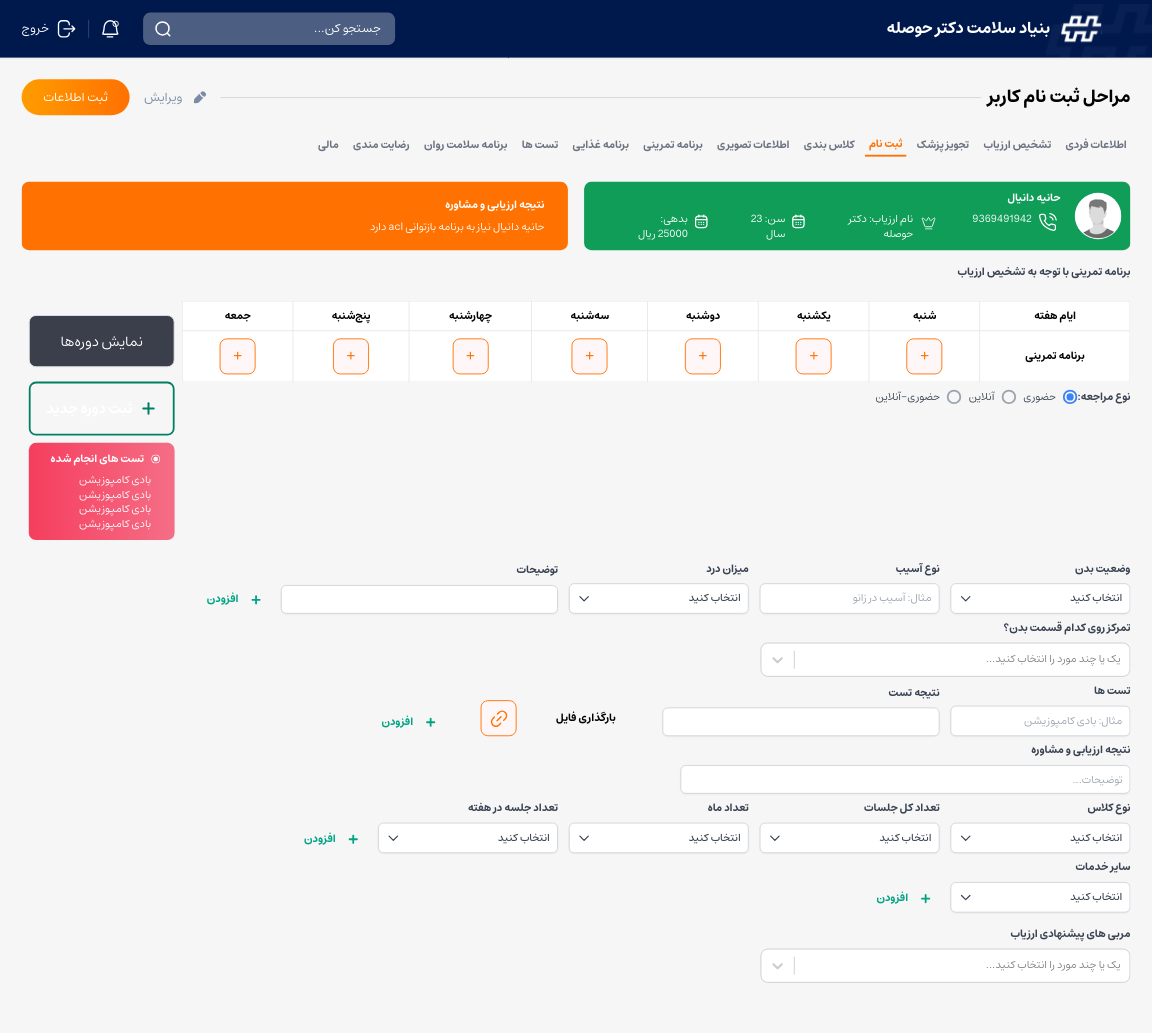
Repository: mirnajafi/ERP_hoseleh_V1.0
Page: /register, after clicking the first element matching `div.flex > :nth-child(4)`
An editor plug-in stored every save of this project. The page is shown before and after the next save, followed by the edit.
The browser window is 1280 px wide. The pictures show the whole page, at 90% of full size.
Some web fonts or font styles are not loaded; a fallback is used. The project was rebuilt for these pictures with package versions that can differ from the ones it lists, and the page was loaded fresh each time. The framework's server and built-in components were replaced by stand-ins that run in the browser. Also part of the build but not shown: next.config.mjs, src/components/icons/trash.tsx, src/components/weekTable/weekTable.css, src/components/icons/copy.tsx, src/components/recognitionEvaluator/recognitionEvaluator.tsx.

Above is the page before, as saved 2025-02-28 23:44:29.

### src/app/layout.tsx
/* eslint-disable @next/next/no-img-element */
import type { Metadata } from "next";
import Header from "@/components/layout/Header";
import "@/app/globals.css";


export const metadata: Metadata = {
  title: "دکتر حوصله",
  description: "بنیاد سلامت دکتر حوصله",
};

export default function RootLayout({ children }: { children: React.ReactNode }) {
  return (
    <html lang="fa" dir="rtl">
      <body className="bg-dashboard-bg min-h-screen">
        {/* Header includes SidebarToggle, so no need to add Sidebar separately */}
        <Header />
        {/* Main Content Area */}
        <main className="transition-all duration-300 mt-16 p-6">
          {children}
        </main>

      </body>
    </html>
  );
}

### src/app/globals.css
@tailwind base;
@tailwind components;
@tailwind utilities;

@font-face {
  font-family: 'Estedad';
  src: url('/fonts/Estedad-Regular.woff2') format('woff2');
  font-weight: normal;
  font-style: normal;
  font-display: swap;
}

@font-face {
  font-family: 'Estedad';
  src: url('/fonts/Estedad-Bold.woff2') format('woff2');
  font-weight: bold;
  font-style: normal;
  font-display: swap;
}

@font-face {
  font-family: 'Estedad';
  src: url('/fonts/Estedad-Medium.woff2') format('woff2');
  font-weight: 500;
  font-style: normal;
  font-display: swap;
}

@font-face {
  font-family: 'Estedad';
  src: url('/fonts/Light.woff2') format('woff2');
  font-weight: 400;
  font-style: normal;
  font-display: swap;
}

@layer base {
  html {
    font-family: 'Estedad'
  }
}

### src/components/formTab/formTab.tsx
import { useState } from "react";

interface Tab {
  label: string;
  content: React.ReactNode;
}

interface TabsProps {
  tabs: Tab[];
  defaultIndex?: number;
}

const Tabs: React.FC<TabsProps> = ({ tabs, defaultIndex = 0 }) => {
  const [activeIndex, setActiveIndex] = useState(defaultIndex);

  return (
    <div className="w-full overflow-hidden">
      <div className="flex py-3 overflow-x-auto whitespace-nowrap">
        {tabs.map((tab, index) => (
          <button
            key={index}
            className={`ml-2 p-1 text-nowrap text-xs font-bold text-sm focus:outline-none ${activeIndex === index
                ? "border-b-2 border-[#FF7101] text-[#FF7101]"
                : "text-gray-500 hover:text-[#FF7101]"
              }`}
            onClick={() => setActiveIndex(index)}
          >
            {tab.label}
          </button>
        ))}
      </div>

      <div className="py-4">{tabs[activeIndex].content}</div>
    </div>
  );
};

export default Tabs;

### src/components/registration/registration.tsx
import Select from "react-select/base";
import WeekTable from "../weekTable/weekTable";
import TransparentBtn from "../transparentBtn/transparentBtn";
import Dropdown from "../dropdown/dropdown";
import InputDescription from "../inputDescription/inputDescription";
import FileUploader from "../fileUploader/fileUploader";
import Input from "../input/input";
import InformationUserBox from "../informationUserBox/informationUserBox";
import { useState } from "react";
import ResultBox from "../resultBox/resultBox";
import PlusIcon from "../icons/plus";
import LeftSideBox from "../leftSideBox/leftSideBox";
import RadioButton from "../radioBtn/radioBtn";

const Registration = () => {

    const [selectedOptions, setSelectedOptions] = useState([]);


    const handleSelect = (option: string) => {
        console.log("انتخاب شده:", option);
    };
    const handleFileUpload = (files: File[]) => {
        console.log("فایل‌های آپلود شده:", files);
    };

    const [selected, setSelected] = useState<string>("option1");


    const [selectedDay, setSelectedDay] = useState<string>("");

    const handleDaySelect = (day: string) => {
        setSelectedDay(day);
    };

    return (
        <div>
            <div className="w-full flex flex-row">
                <InformationUserBox name="حانیه دانیال" age="23" phoneNumber={'9369491942'} evaluator="دکتر حوصله" debt="25000" imageSrc="/images/defaultUser.png" className="w-1/2 lg:ml-2" />
                <ResultBox resultText={"حانیه دانیال نیاز به برنامه بازتوانی acl دارد"} className="w-1/2 lg:mr-2" />
            </div>



            <div className="flex flex-row  my-4 items-center">
                <label className="mb-2 text-xs font-bold text-gray-700 ml-2">برنامه تمرینی با توجه به تشخیص ارزیاب</label>

            </div>

            <div className="w-full flex flex-row">

                <div className="w-full flex flex-col">
                    <WeekTable
                        apiUrl="https://api.majidvalizadeh.com/jalali/next7"
                        selectedDay={selectedDay}
                        onDaySelect={handleDaySelect}
                    />
                    <div className="flex flex-row">
                        <label className="my-2 text-xs font-bold text-gray-700">نوع مراجعه:</label>
                        <RadioButton
                            label="حضوری"
                            name="options"
                            value="option1"
                            checked={selected === "option1"}
                            onChange={setSelected}
                        />
                        <RadioButton
                            label="آنلاین"
                            name="options"
                            value="option2"
                            checked={selected === "option2"}
                            onChange={setSelected}
                        />
                        <RadioButton
                            label="حضوری-آنلاین"
                            name="options"
                            value="option3"
                            checked={selected === "option3"}
                            onChange={setSelected}
                        />
                    </div>
                </div>

                <div className="w-1/6 p-2 flex flex-col">
                    <button className="bg-[#3B3E4B] text-white p-4 w-full border rounded-[8px] my-2">نمایش دوره‌ها</button>
                    <button className="bg-transparent text-[#007F63] text-white p-4 w-full border-2 border-[#007F63] rounded-[8px] flex items-center justify-center font-bold my-2"><PlusIcon width={20} height={20} /> ثبت دوره جدید</button>
                    <LeftSideBox title={"تست های انجام شده"} test1={"بادی کامپوزیشن"} />
                </div>
            </div>

            <div className="w-full xl:py-2 my-0  flex flex-col xl:flex-row xl:justify-start xl:items-end">

                <Dropdown
                    label="وضعیت بدن"
                    options={["ندارد", "دچار آسیب"]}
                    onSelect={handleSelect}
                />
                <Input
                    label="نوع آسیب"
                    type="text"
                    value={''}
                    onChange={() => { }}
                    placeholder="مثال: آسیب در زانو "
                />
                <Dropdown
                    label="میزان درد"
                    options={["1", "2"]}
                    onSelect={handleSelect}
                />
                <InputDescription
                    label="توضیحات"
                    value={''}
                    placeholder=""
                    className="xl:w-1/4 max-w-[500px]"
                />
                <TransparentBtn label='افزودن' />

            </div>
            <div className="flex flex-col  w-ful xl:w-1/3">
                <label className="mb-2 text-xs font-bold text-gray-700">تمرکز روی کدام قسمت بدن؟</label>
                <Select
                    isMulti
                    options={[
                        { value: "apple", label: "سیب" },
                        { value: "banana", label: "موز" },
                        { value: "orange", label: "پرتقال" },
                        { value: "grape", label: "انگور" },
                        { value: "watermelon", label: "هندوانه" },
                    ]}
                    value={selectedOptions}
                    onChange={setSelectedOptions}
                    placeholder="یک یا چند مورد را انتخاب کنید..."
                    noOptionsMessage={() => "موردی یافت نشد"}
                    isClearable
                    isSearchable
                    className="text-xs "
                    styles={{
                        control: (base) => ({
                            ...base,
                            borderRadius: "8px",
                            borderColor: "#ccc",
                            boxShadow: "none",
                            "&:hover": { borderColor: "#888" },
                        }),
                    }}
                />
            </div>
            <div className="flex flex-col xl:flex-row w-full xl:items-end xl:justify-right ">
                <Input
                    label="تست ها"
                    type="text"
                    value={''}
                    onChange={() => { }}
                    placeholder="مثال: بادی کامپوزیشن "
                />
                <InputDescription
                    label="نتیجه تست"
                    value={''}
                    placeholder=""
                    className="xl:w-1/4 max-w-[500px]"
                />

                <FileUploader onFileUpload={handleFileUpload} accept="image/*" multiple />
                <TransparentBtn label='افزودن' />
            </div>
            <div className="flex flex-col xl:flex-row w-full xl:items-end xl:justify-right ">

                <InputDescription
                    label="نتیجه ارزیابی و مشاوره"
                    value={''}
                    placeholder="توضیحات..."
                    className="xl:w-1/2 max-w-[500px]"
                    height="h-24"
                />

            </div>

            <div className="flex flex-col xl:flex-row w-full xl:items-end xl:justify-right ">
                <Dropdown
                    label="نوع کلاس"
                    options={["گزینه 1", "گزینه 2", "گزینه 3"]}
                    onSelect={handleSelect}
                />
                <Dropdown
                    label="تعداد کل جلسات"
                    options={["گزینه 1", "گزینه 2", "گزینه 3"]}
                    onSelect={handleSelect}
                />
                <Dropdown
                    label="تعداد ماه"
                    options={["گزینه 1", "گزینه 2", "گزینه 3"]}
                    onSelect={handleSelect}
                />
                <Dropdown
                    label="تعداد جلسه در هفته"
                    options={["گزینه 1", "گزینه 2", "گزینه 3"]}
                    onSelect={handleSelect}
                />
                <TransparentBtn label='افزودن' />

            </div>
            <div className="flex flex-col xl:flex-row w-full xl:items-end xl:justify-right ">
                <Dropdown
                    label="سایر خدمات"
                    options={["گزینه 1", "گزینه 2", "گزینه 3"]}
                    onSelect={handleSelect}
                />
                <TransparentBtn label='افزودن' />

            </div>
            <div className="flex flex-col  w-ful xl:w-1/3 my-4">
                <label className="mb-2 text-xs font-bold text-gray-700">مربی های پیشنهادی ارزیاب</label>
                <Select
                    isMulti
                    options={[
                        { value: "apple", label: "سیب" },
                        { value: "banana", label: "موز" },
                        { value: "orange", label: "پرتقال" },
                        { value: "grape", label: "انگور" },
                        { value: "watermelon", label: "هندوانه" },
                    ]}
                    value={selectedOptions}
                    onChange={setSelectedOptions}
                    placeholder="یک یا چند مورد را انتخاب کنید..."
                    noOptionsMessage={() => "موردی یافت نشد"}
                    isClearable
                    isSearchable
                    className="text-xs "
                    styles={{
                        control: (base) => ({
                            ...base,
                            borderRadius: "8px",
                            borderColor: "#ccc",
                            boxShadow: "none",
                            "&:hover": { borderColor: "#888" },
                        }),
                    }}
                />
            </div>


        </div>
    )

}
export default Registration;

### src/components/SearchInput/SearchInput.tsx
/* eslint-disable @next/next/no-img-element */
"use client";

interface SearchInputProps {
  placeholder?: string;
  className?: string;
}

export default function SearchInput({ placeholder = "جستجو کن...", className = "" }: SearchInputProps) {
  return (
    <div className="relative w-[280px]">
      <input
        type="text"
        placeholder={placeholder}
        className={`w-full h-9 bg-white bg-opacity-30 rounded-lg px-4 text-white placeholder:text-white text-sm focus:outline-none ${className}`}
      />
      <img
        src="/icons/left-icon.svg"
        alt="search"
        className="absolute left-2 top-1/2 -translate-y-1/2 w-7 h-7 brightness-0 invert"
      />
    </div>
  );
}

### src/components/formHeader/formHeader.css
.customeGradient{
    background: linear-gradient(270deg, #FF7101 0%, #FF9C00 100%);
    color: white;
    border-radius: 50px;
    padding:  10px 24px;
}

### src/components/transparentBtn/transparentBtn.tsx
'use client'; // اضافه کردن این خط برای فعال کردن کامپوننت در Client-side

import React from "react";

interface BtnProps {
    label: string;
}

const TransparentBtn: React.FC<BtnProps> = ({ label }) => {

    return (
        <div className="w-250px text-[#01A384] h-full flex xl:items-center xl:justify-center">
            <button className="flex flex-row p-2  h-full flex items-center justify-center font-bold text-xs
">
                <svg width="15" height="15" viewBox="0 0 14 15" fill="none" xmlns="http://www.w3.org/2000/svg" className="ml-3">
                    <path d="M7 3.41666V11.5833" stroke="#01A384" stroke-width="2" stroke-linecap="round" stroke-linejoin="round" />
                    <path d="M2.91602 7.5H11.0827" stroke="#01A384" stroke-width="2" stroke-linecap="round" stroke-linejoin="round" />
                </svg>
                {label}
            </button>
        </div>
    );
};

export default TransparentBtn;

### src/components/inputDescription/inputDescription.tsx
'use client';  // اضافه کردن این خط برای فعال کردن کامپوننت در Client-side

import React from "react";

interface InputProps {
  label: string;
  value: string;
  placeholder?: string;
  required?: boolean;
  className?: string;
  height?:string;
}

const InputDescription: React.FC<InputProps> = ({
  label,
  value,
  placeholder,
  required = false,
  className = "",
  height
}) => {
  return (
    <div className={`w-full xl:w-1/2 ml-3 max-w-[500px] ${className}`}>
      <label className="block text-xs text-gray-700 mb-2 mt-4 xl:my-2 font-bold font-bold">{label}</label>

      <textarea
        value={value}
        placeholder={placeholder}
        required={required}
        className={`block w-full h-8 ${height} p-2 resize-none max-w-200 overflow-hidden text-xs border border-gray-300 rounded-md shadow-sm focus:outline-none focus:ring-2 focus:ring-indigo-500 focus:border-indigo-500`}
      />
    </div>
  );
};

export default InputDescription;

### src/components/resultBox/resultBox.tsx
'use client';

import React from "react";
import './resultBox.css';


interface ResultBoxProps {
    resultText: string;
    className?: string;
}

const ResultBox: React.FC<ResultBoxProps> = ({
    resultText,
    className
}) => {
    return (
        <div className={`w-full flex flex-col lg:flex-row containResultBox text-xs ${className}`}>
            <div className="flex flex-col mr-4">
                <div className="font-bold">نتیجه ارزیابی و مشاوره</div>
                <div className="flex flex-col justify-center items-start lg:flex-row mt-2">
                    <span className="ml-10 flex flex-row-reverse">{resultText}</span>
                </div>
            </div>
        </div>
    );
};

export default ResultBox;

### src/components/icons/plus.tsx
'use client';

import React from "react";

interface IconProps {
    width?: number;
    height?: number;
    color?: string;
}

const PlusIcon: React.FC<IconProps> = ({ width, height }) => {
    return (
        <svg width={width} height={height} viewBox="0 0 36 36" fill="none" className="ml-2" xmlns="http://www.w3.org/2000/svg">
        <path d="M18 7.5V28.5" stroke="#007F63" stroke-width="4" stroke-linecap="round" stroke-linejoin="round"/>
        <path d="M7.5 18H28.5" stroke="#007F63" stroke-width="4" stroke-linecap="round" stroke-linejoin="round"/>
        </svg>


    );
};

export default PlusIcon;

### src/components/radioBtn/radioBtn.tsx
import React from "react";

interface RadioButtonProps {
  label: string;
  name: string;
  value: string;
  checked: boolean;
  onChange: (value: string) => void;
}

const RadioButton: React.FC<RadioButtonProps> = ({ label, name, value, checked, onChange }) => {
  return (
    <label className="flex items-center space-x-2 cursor-pointer text-xs">
      <input
        type="radio"
        name={name}
        value={value}
        checked={checked}
        onChange={() => onChange(value)}
        className="hidden"
      />
      <div
        className={`w-4 h-4 rounded-full border-2 ${
          checked ? "border-blue-500" : "border-gray-400"
        } flex items-center justify-center transition-all`}
      >
        {checked && <div className="w-2 h-2 bg-blue-500 rounded-full" />}
      </div>
      <span className="text-gray-700">{label}</span>
    </label>
  );
};

export default RadioButton;

### src/components/icons/uploader.tsx
'use client';

import React from "react";

interface IconProps {
    width?: number;
    height?: number;
    color?: string;
}

const UploaderIcon: React.FC<IconProps> = ({ width, height }) => {
    return (<svg width={width} height={height} viewBox="0 0 24 24" fill="none" xmlns="http://www.w3.org/2000/svg">
        <path d="M14.1211 9.87866L9.87845 14.1213" stroke="#FF7101" stroke-width="1.5" stroke-linecap="round" />
        <path d="M10.334 7.00003L12.0006 5.33336C13.8416 3.49239 16.8264 3.49239 18.6673 5.33335V5.33335C20.5083 7.17431 20.5083 10.1591 18.6673 12.0001L17.0007 13.6667" stroke="#FF7101" stroke-width="1.5" stroke-linecap="round" />
        <path d="M13.666 17L11.9994 18.6666C10.1584 20.5076 7.17362 20.5076 5.33266 18.6666V18.6666C3.4917 16.8257 3.4917 13.8409 5.33266 11.9999L6.99934 10.3333" stroke="#FF7101" stroke-width="1.5" stroke-linecap="round" />
    </svg>
    );
};

export default UploaderIcon;

### src/components/informationUserBox/informationUserBox.css
.containInfoBox {
  background: #0f9d58;
  color: white;
  justify-content: right;
  align-items: center;
  padding: 10px;
  border-radius: 8px;
}
.imageUser {
  border-radius: 100%;
}

### src/components/resultBox/resultBox.css
.containResultBox {
  background: #FF7101;
  color: white;
  justify-content: right;
  align-items: center;
  padding: 10px;
  border-radius: 8px;
  margin-right: 10px;
}

### src/components/leftSideBox/leftSideBox.css
.containLeftSideBox {
  background: linear-gradient(270deg, #F56E86 0%, #F53E5E 100%);
  color: white;
  justify-content: right;
  align-items: center;
  padding: 10px;
  border-radius: 8px;
}
.special-margin{
  margin-right: -10px;
}

### src/components/icons/circle.tsx

'use client';

import React from "react";

interface IconProps {
    width?: number;
    height?: number;
    color?: string;
}

const CircleIcon: React.FC<IconProps> = ({ width = 21, height = 22 }) => {
    return (
        <svg width={width} height={height} viewBox="0 0 12 12" className="ml-2" fill="none" xmlns="http://www.w3.org/2000/svg">
            <rect width="12" height="12" rx="6" fill="white" />
            <rect x="2" y="2" width="8" height="8" rx="4" fill="white" />
            <rect x="2" y="2" width="8" height="8" rx="4" stroke="#F56B84" stroke-width="2" />
        </svg>

    );
};

export default CircleIcon;

### tailwind.config.ts
import type { Config } from "tailwindcss";

const config: Config = {
  content: [
    "./src/pages/**/*.{js,ts,jsx,tsx,mdx}",
    "./src/components/**/*.{js,ts,jsx,tsx,mdx}",
    "./src/containers/**/*.{js,ts,jsx,tsx,mdx}",
    "./src/app/**/*.{js,ts,jsx,tsx,mdx}",
  ],
  theme: {
    extend: {
      colors: {
        "deep-blue": "#1E3A8A",
        "green": "#8BC34A",
        "orange": "#F97316",
        "red": "#E02D40",
        "yellow": "#FBBF24",
        background: "var(--background)",
        foreground: "var(--foreground)",
        secondry: {
          blue: {
            900: "#00194D",
          },
        },
        primery: {
          600: "#FF7101"
        },
        dashboard: {
          bg: "#F6F6F6"
        }
      },
    },
  },
  plugins: [],
};
export default config;

Loaded but not shown: src/components/personalInfo/personalInfo.tsx (302 lines, source omitted); src/components/weekTable/weekTable.tsx (87 lines, source omitted); src/components/dropdown/dropdown.tsx (69 lines, source omitted); src/components/icons/evaluator.tsx (26 lines, source omitted); src/components/inputDate/inputDate.tsx (67 lines, source omitted); src/components/informationUserBox/informationUserBox.tsx (61 lines, source omitted); src/components/icons/calendar.tsx (35 lines, source omitted); src/components/icons/phoneNumber.tsx (20 lines, source omitted); src/components/formHeader/formHeader.tsx (32 lines, source omitted); src/components/fileUploader/fileUploader.tsx (54 lines, source omitted); src/components/layout/Header.tsx (44 lines, source omitted); src/app/register/page.tsx (48 lines, source omitted); src/components/leftSideBox/leftSideBox.tsx (35 lines, source omitted); src/components/input/input.tsx (40 lines, source omitted)

After the next save:
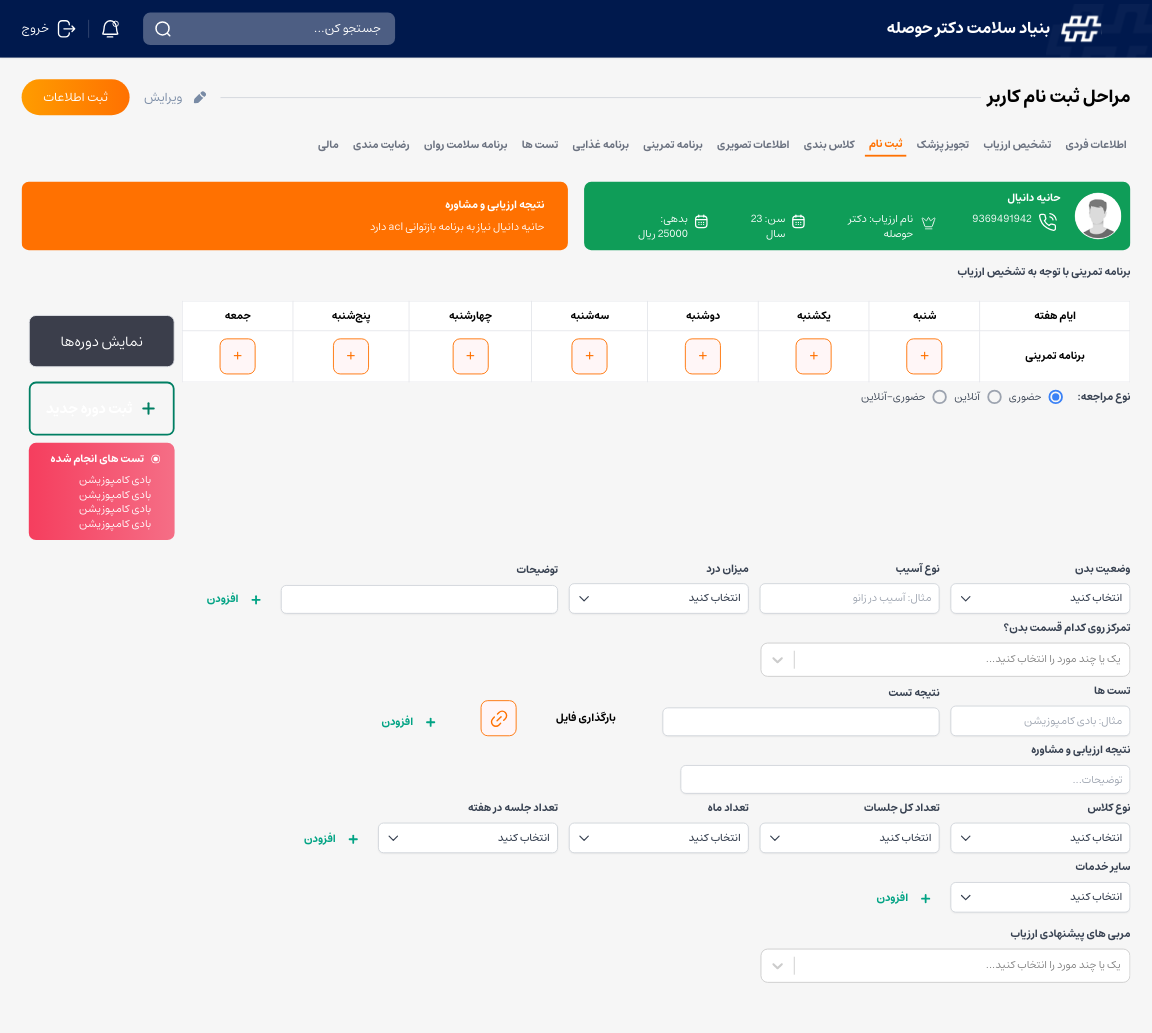
Saved 23 s later.
--- a/src/components/registration/registration.tsx
+++ b/src/components/registration/registration.tsx
@@ -56,7 +56,7 @@ const Registration = () => {
                         onDaySelect={handleDaySelect}
                     />
                     <div className="flex flex-row">
-                        <label className="my-2 text-xs font-bold text-gray-700">نوع مراجعه:</label>
+                        <label className="my-2 text-xs font-bold text-gray-700 ml-4">نوع مراجعه:</label>
                         <RadioButton
                             label="حضوری"
                             name="options"
